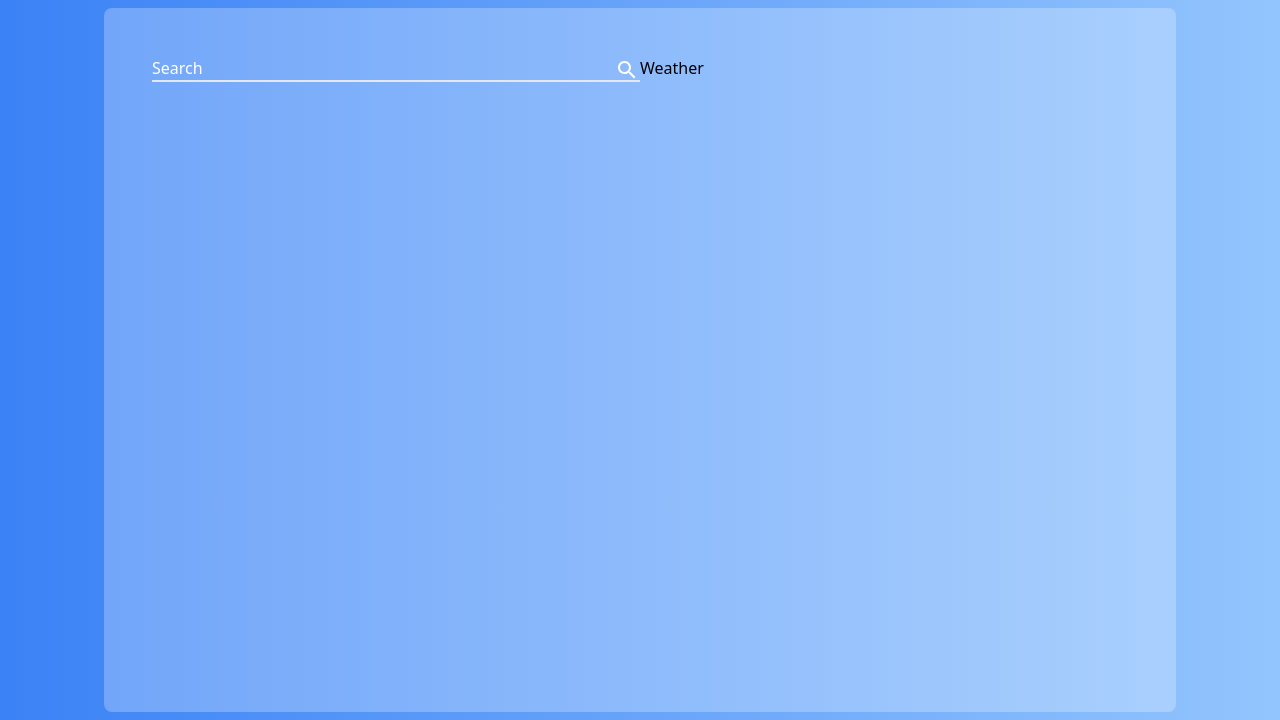
Repository: DevAntonioRogers/react-weatherapp-v2
Page: /
These files come from the project's save history. The page is drawn as it stood at one moment and after the next save; the edit follows.
The browser window is 1280 px wide. The pictures show the whole page.
The project was rebuilt for these pictures with package versions that can differ from the ones it lists, and the page was loaded fresh each time. The framework's server and built-in components were replaced by stand-ins that run in the browser. Also part of the build but not shown: next.config.js.

Above is the page before, as saved 2023-05-18 00:36:52.

### app/layout.tsx
import "./globals.css";
import { Inter } from "next/font/google";

export const metadata = {
  title: "Create Next App",
  description: "Generated by create next app",
};

export default function RootLayout({ children }: { children: React.ReactNode }) {
  return (
    <html lang="en">
      <body>{children}</body>
    </html>
  );
}

### app/page.tsx
import Input from "./components/Input";

export default function Home() {
  return (
    <div className="flex justify-center p-2 bg-cover h-screen bg-gradient-to-r from-blue-500 to-blue-300">
      <div className="bg-white/25 mx-24 w-full rounded-lg p-12">
        <div className="grid grid-cols-2">
          <Input />
          <h1>Weather</h1>
        </div>
      </div>
    </div>
  );
}

### app/components/Input.tsx
"use client";

import SearchIcon from "@mui/icons-material/Search";

const Input = () => {
  return (
    <div className="flex items-center w-full">
      <input
        type="text"
        className="w-full bg-transparent border-b-2 placeholder-white outline-none text-white"
        placeholder="Search"
      />
      <div className="ml-[-25px] text-white cursor-pointer">
        <SearchIcon />
      </div>
    </div>
  );
};

export default Input;

Loaded but not shown: app/globals.css (common file); tailwind.config.js (common file)

After the next save:
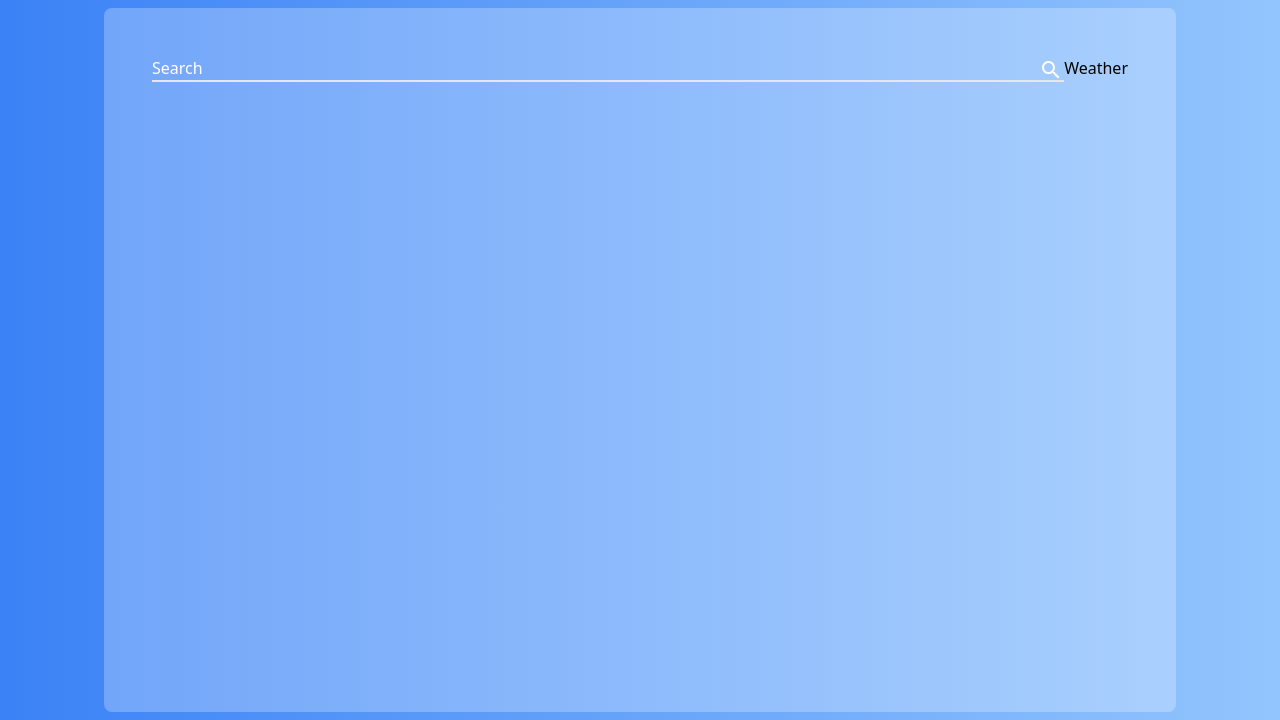
Saved 60 s later.
--- a/app/page.tsx
+++ b/app/page.tsx
@@ -4,7 +4,7 @@ export default function Home() {
   return (
     <div className="flex justify-center p-2 bg-cover h-screen bg-gradient-to-r from-blue-500 to-blue-300">
       <div className="bg-white/25 mx-24 w-full rounded-lg p-12">
-        <div className="grid grid-cols-2">
+        <div className="flex justify-between">
           <Input />
           <h1>Weather</h1>
         </div>
